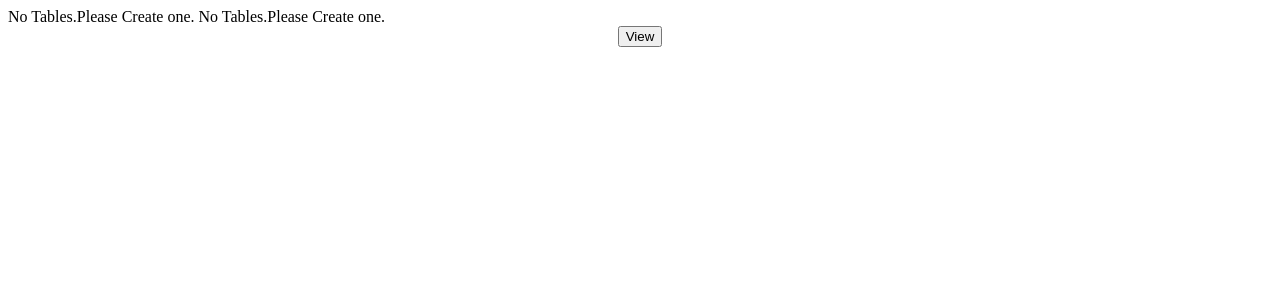
Repository: kemiporto/cmpe272-group12
Page: http://localhost/ESPAWSProject/selectTable.jsp
An editor plug-in stored every save of this project. The page is shown before and after the next save, followed by the edit.
The browser window is 1280 px wide. The pictures show the whole page.
The page is served by Tomcat 9. Other server files are loaded and not shown.

Above is the page before, as saved 2014-04-19 22:41:46.

### AWS/ESPAWSProject/WebContent/selectTable.jsp
<%@page import="java.util.Iterator"%>
<%@page import="java.util.ArrayList"%>
<%@ page language="java" contentType="text/html; charset=ISO-8859-1"
    pageEncoding="ISO-8859-1"%>
<!DOCTYPE html PUBLIC "-//W3C//DTD HTML 4.01 Transitional//EN" "http://www.w3.org/TR/html4/loose.dtd">
<html>
<head>
<meta http-equiv="Content-Type" content="text/html; charset=ISO-8859-1">
<title>Insert title here</title>
</head>
<body>


<div style="overflow: hidden;">
<%
			ArrayList  tableNames = (ArrayList) request
					.getAttribute("tableNames");
			if (tableNames != null) {
				Iterator it = tableNames.iterator();
		%>
		<div style="font-weight: bold; text-align: center;float: left;">
		 Source1<br/>

				 <select name="Source1">
					<%
						while (it.hasNext()) {
								String tableName = (String) it.next();
					%>

					<option value="<%=tableName%>"><%=tableName%></option>

					<%
						}
					%>
				</select>

		</div>
		<%
			} else {
		%>
		No Tables.Please Create one.
		<%
			}
		%>

		<%
			if (tableNames != null) {
				Iterator it = tableNames.iterator();
		%>
		<div style="font-weight: bold; text-align: center;float: left;">
		 Source2<br/>

				 <select name="Source2">
					<%
						while (it.hasNext()) {
								String tableName = (String) it.next();
					%>

					<option value="<%=tableName%>"><%=tableName%></option>

					<%
						}
					%>
				</select>

		</div>
		<%
			} else {
		%>
		No Tables.Please Create one.
		<%
			}
		%>

</div>


<div style="font-weight: bold; text-align: center">
<input type="button" value = "View" >
</div>
</body>
</html>

After the next save:
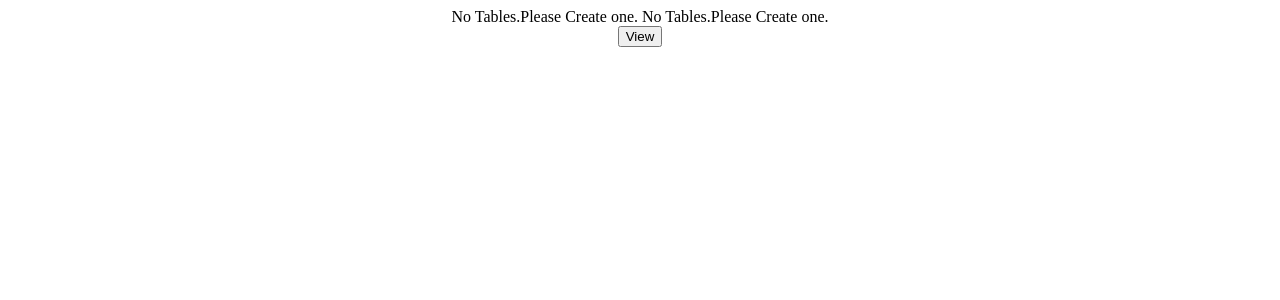
Saved 39 s later.
--- a/AWS/ESPAWSProject/WebContent/selectTable.jsp
+++ b/AWS/ESPAWSProject/WebContent/selectTable.jsp
@@ -11,7 +11,7 @@
 <body>
 
 
-<div style="overflow: hidden;">
+<div style="overflow: hidden;text-align: center;">
 <%
 			ArrayList  tableNames = (ArrayList) request
 					.getAttribute("tableNames");
